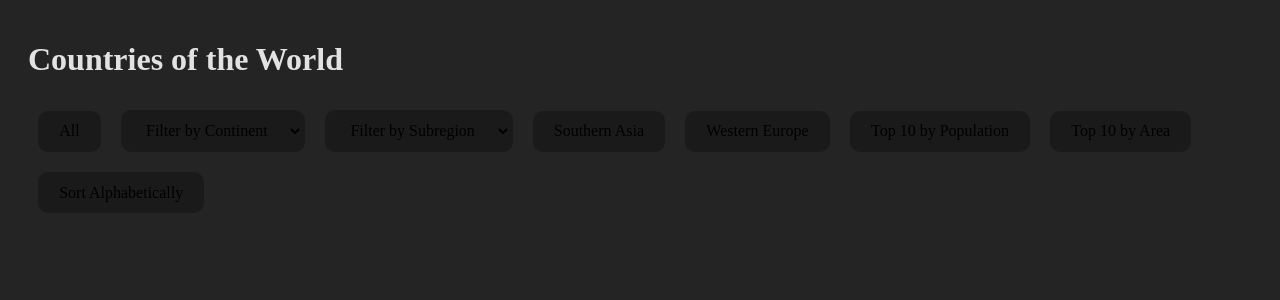
Repository: SandyLy453/comp-lab10
Page: /
The author's editor kept a copy of each file at every save. The page is drawn from the files as they stood at one save, then again after the next save.
The browser window is 1280 px wide. The pictures show the whole page.
The page's requests for data from a server got no answer. The project was rebuilt for these pictures with package versions that can differ from the ones it lists, and the page was loaded fresh each time. No one was signed in, and anything a server would have sent is missing. Also part of the build but not shown: vite.config.js, src/components/Contry.jsx.

Above is the page before, as saved 2024-11-14 23:09:40.

After the next save:
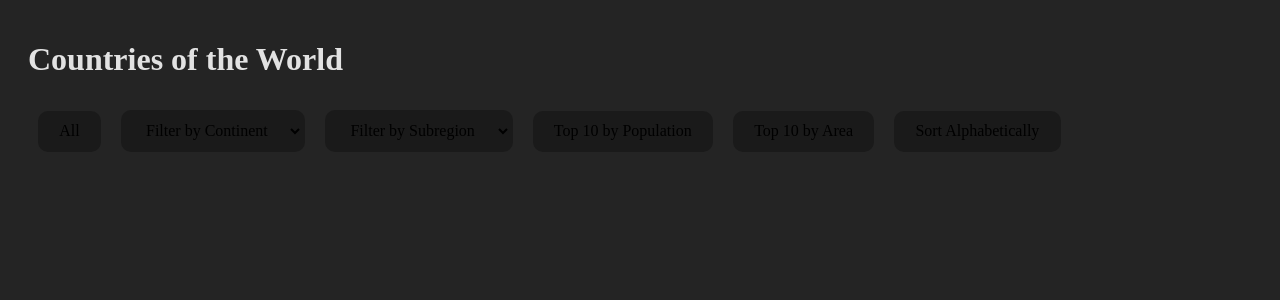
Saved 16 s later.
--- a/src/App.jsx
+++ b/src/App.jsx
@@ -96,8 +96,6 @@ function App() {
             ))}
           </select>
 
-          <button onClick={() => handleFilter("subregion", "Southern Asia")}>Southern Asia</button>
-          <button onClick={() => handleFilter("subregion", "Western Europe")}>Western Europe</button>
           <button onClick={() => handleTop10("population")}>Top 10 by Population</button>
           <button onClick={() => handleTop10("area")}>Top 10 by Area</button>
           <button onClick={handleSort}>Sort Alphabetically</button>
